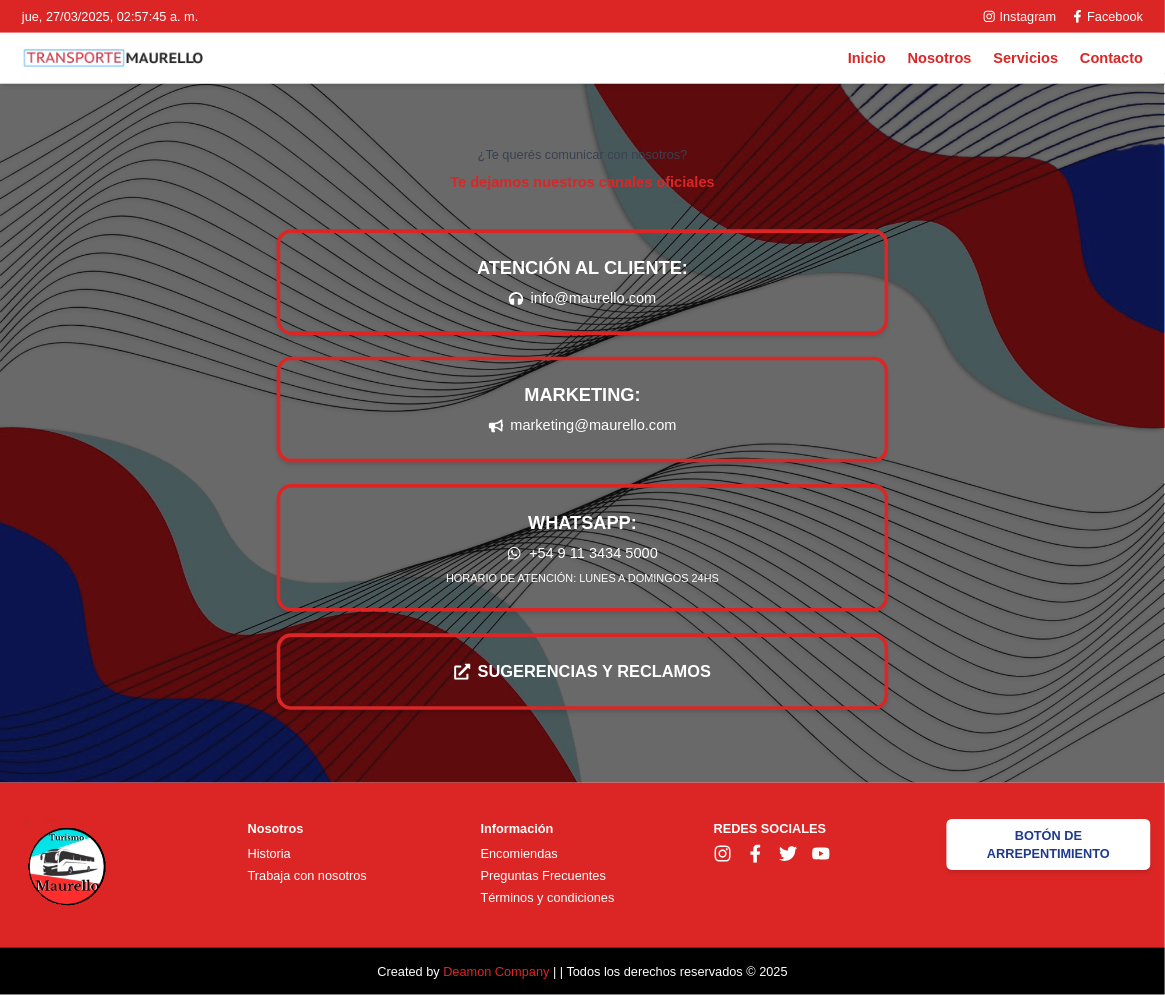
Repository: francoluca35/empresacolectivo
Page: /Contacto
These files come from the project's save history. The page is drawn as it stood at one moment and after the next save; the edit follows.
The browser window is 1280 px wide. The pictures show the whole page, at 91% of full size.
The project was rebuilt for these pictures with package versions that can differ from the ones it lists, and the page was loaded fresh each time. The framework's server and built-in components were replaced by stand-ins that run in the browser. Also part of the build but not shown: next.config.js, next.config.mjs.

Above is the page before, as saved 2025-03-27 03:11:01.

After the next save:
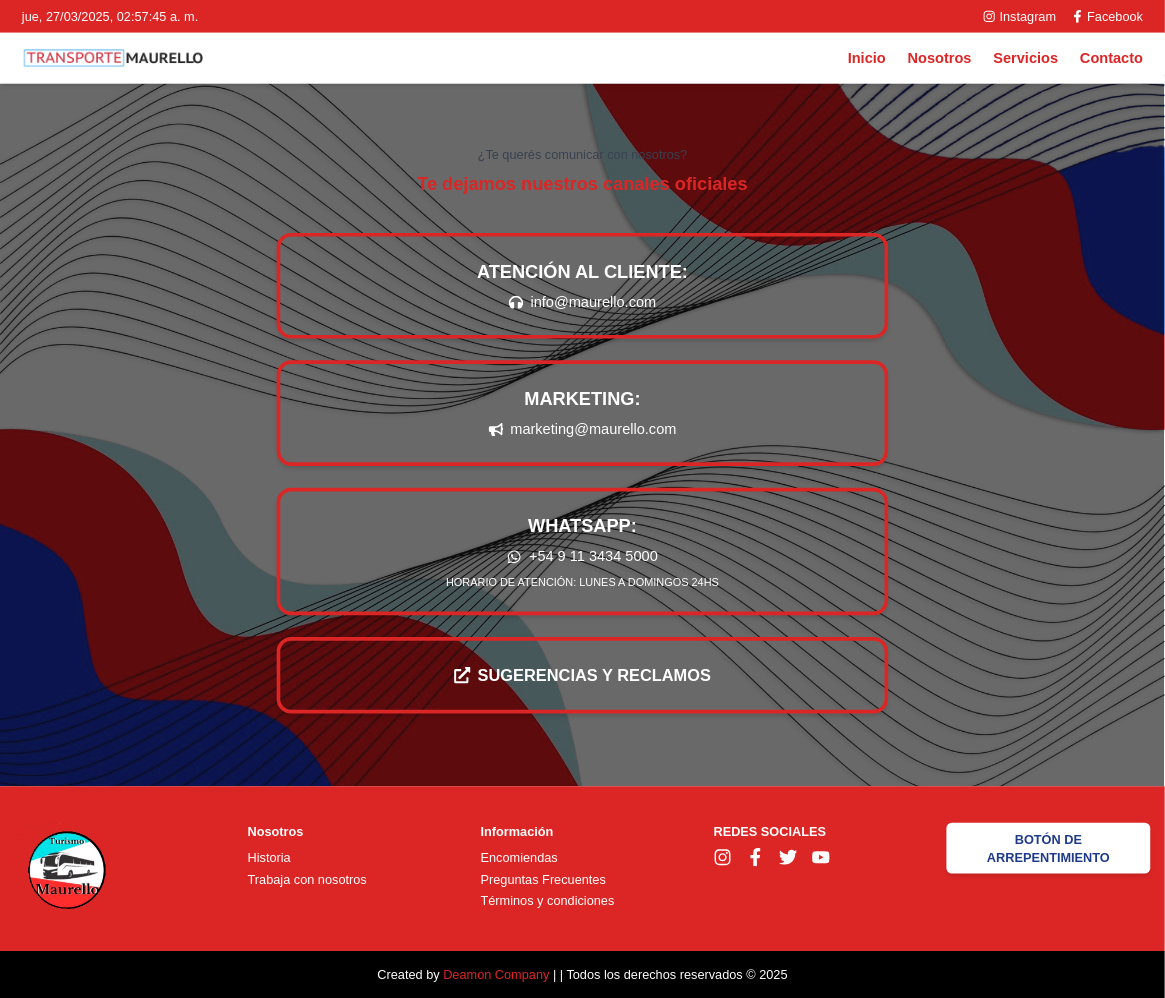
Saved 24 s later.
--- a/src/app/Contacto/page.js
+++ b/src/app/Contacto/page.js
@@ -17,7 +17,7 @@
 
 
       <p className="text-gray-700 text-sm mb-2">¿Te querés comunicar con nosotros?</p>
-      <h2 className="text-red-600 font-semibold mb-10">
+      <h2 className="text-red-600 text-xl font-semibold mb-10">
         Te dejamos nuestros canales oficiales
       </h2>
 
